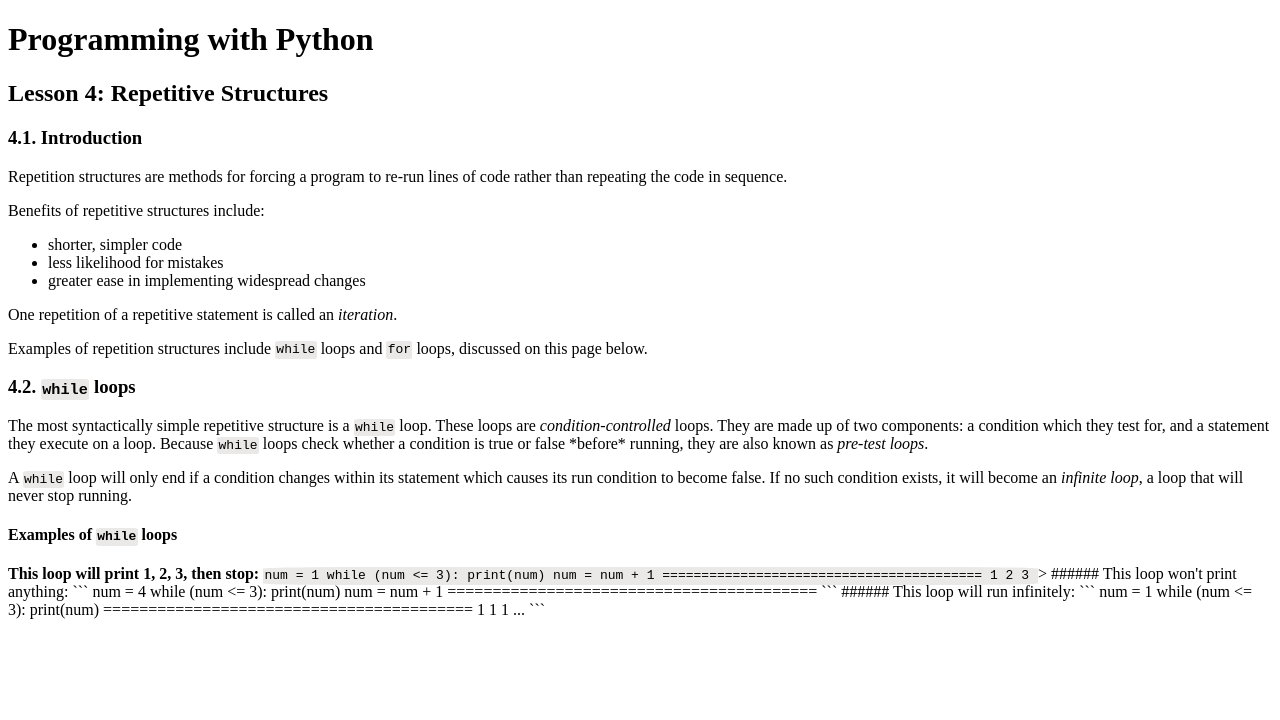
Repository: emnharris/FreeCodeCampChallenges
Page: responsive-web-design/technical-documentation-page/python-tutorial.html
These files come from the project's save history. The page is drawn as it stood at one moment and after the next save; the edit follows.
The browser window is 1280 px wide. The pictures show the whole page.

Above is the page before, as saved 2020-04-16 15:24:16.

### responsive-web-design/technical-documentation-page/python-tutorial.html
<!DOCTYPE html>
<html>
    <head>
        <!--Import fonts-->

        <!--Import stylesheet-->
        <link rel="stylesheet" type="text/css" href="python-tutorial.css">
    </head>

    <body>
        <title>
            Programming with Python: Repetition Structures
        </title>
        <navbar>

        </navbar>
        <header>
            <h1>Programming with Python</h1>
            <h2>Lesson 4: Repetitive Structures</h2>
        </header>
        <main>
            <section id="intro">
                <h3>4.1. Introduction </h3>
                <p>Repetition structures are methods for forcing a program to re-run lines of code rather than repeating the code in sequence.</p>

                <p>Benefits of repetitive structures include:</p>
                <ul>
                    <li>shorter, simpler code</li>
                    <li>less likelihood for mistakes</li>
                    <li>greater ease in implementing widespread changes</li>
                </ul>

                <p>One repetition of a repetitive statement is called an <i>iteration</i>.</p>

                <p>Examples of repetition structures include <code>while</code> loops and <code>for</code> loops, discussed on this page below.</p>
            </section>
            <section id="4.2">
                <h3>4.2. <code>while</code> loops</h3>
                <p>The most syntactically simple repetitive structure is a <code>while</code> loop. These loops are <i>condition-controlled</i> loops. They are made up of two components: a condition which they test for, and a statement they execute on a loop. Because <code>while</code> loops check whether a condition is true or false *before* running, they are also known as <i>pre-test loops</i>.</p>

                <p>A <code>while</code> loop will only end if a condition changes within its statement which causes its run condition to become false. If no such condition exists, it will become an <i>infinite loop</i>, a loop that will never stop running.</p>

                <h4>Examples of <code>while</code> loops</h4>

                <b>This loop will print 1, 2, 3, then stop:</b>
                <code>
                num = 1

                while (num <= 3):
                print(num)
                num = num + 1
                =========================================
                1
                2
                3
                </code>>

                ###### This loop won't print anything:
                ```
                num = 4

                while (num <= 3):
                print(num)
                num = num + 1
                =========================================
                ```

                ###### This loop will run infinitely:
                ```
                num = 1

                while (num <= 3):
                print(num)
                =========================================
                1
                1
                1
                ...
                ```
            </section>
        </main>
    </body>
</html>

### responsive-web-design/technical-documentation-page/python-tutorial.css
code {
    background-color: rgb(235, 232, 232);
    padding: .1em;
    border-radius: 10%;
}

After the next save:
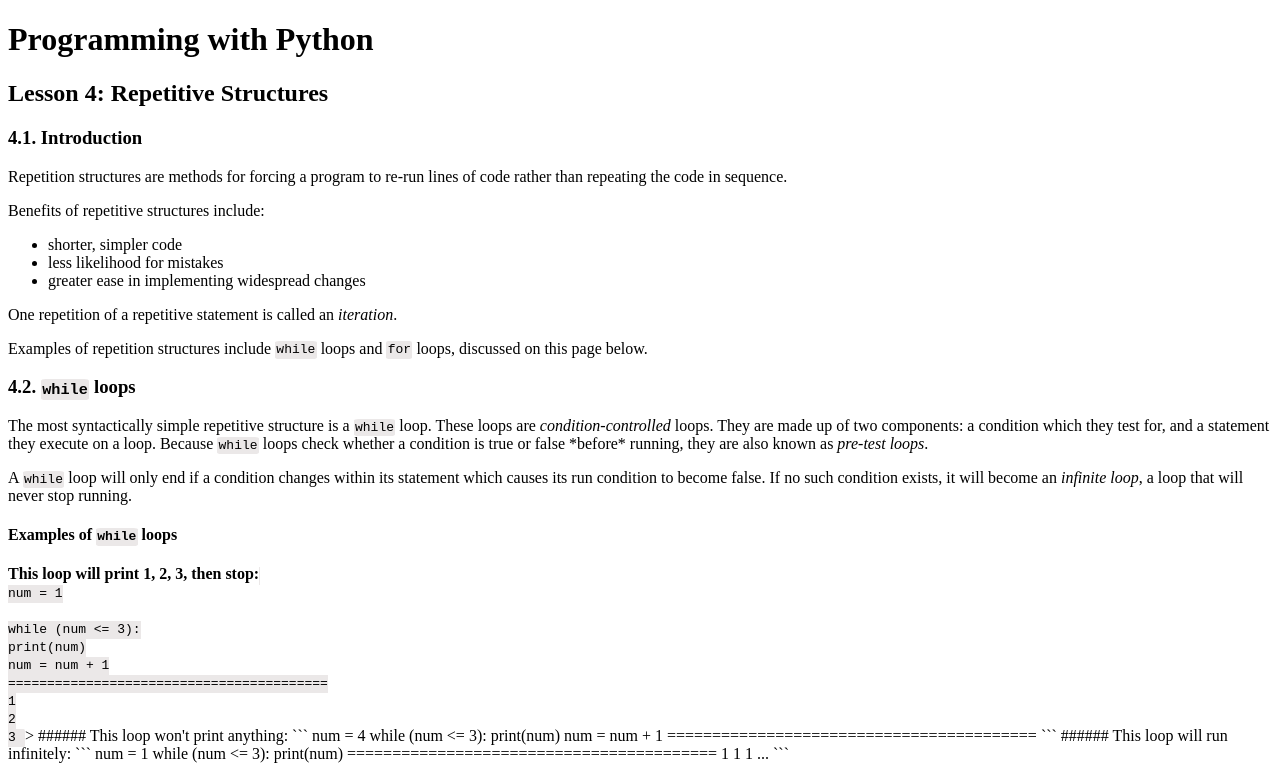
Saved 71 s later.
--- a/responsive-web-design/technical-documentation-page/python-tutorial.html
+++ b/responsive-web-design/technical-documentation-page/python-tutorial.html
@@ -44,15 +44,15 @@
 
                 <b>This loop will print 1, 2, 3, then stop:</b>
                 <code>
-                num = 1
-
-                while (num <= 3):
-                print(num)
-                num = num + 1
-                =========================================
-                1
-                2
-                3
+                <br>num = 1
+                <br>
+                <br>while (num <= 3):
+                <br>print(num)
+                <br>num = num + 1
+                <br>=========================================
+                <br>1
+                <br>2
+                <br>3
                 </code>>
 
                 ###### This loop won't print anything:
